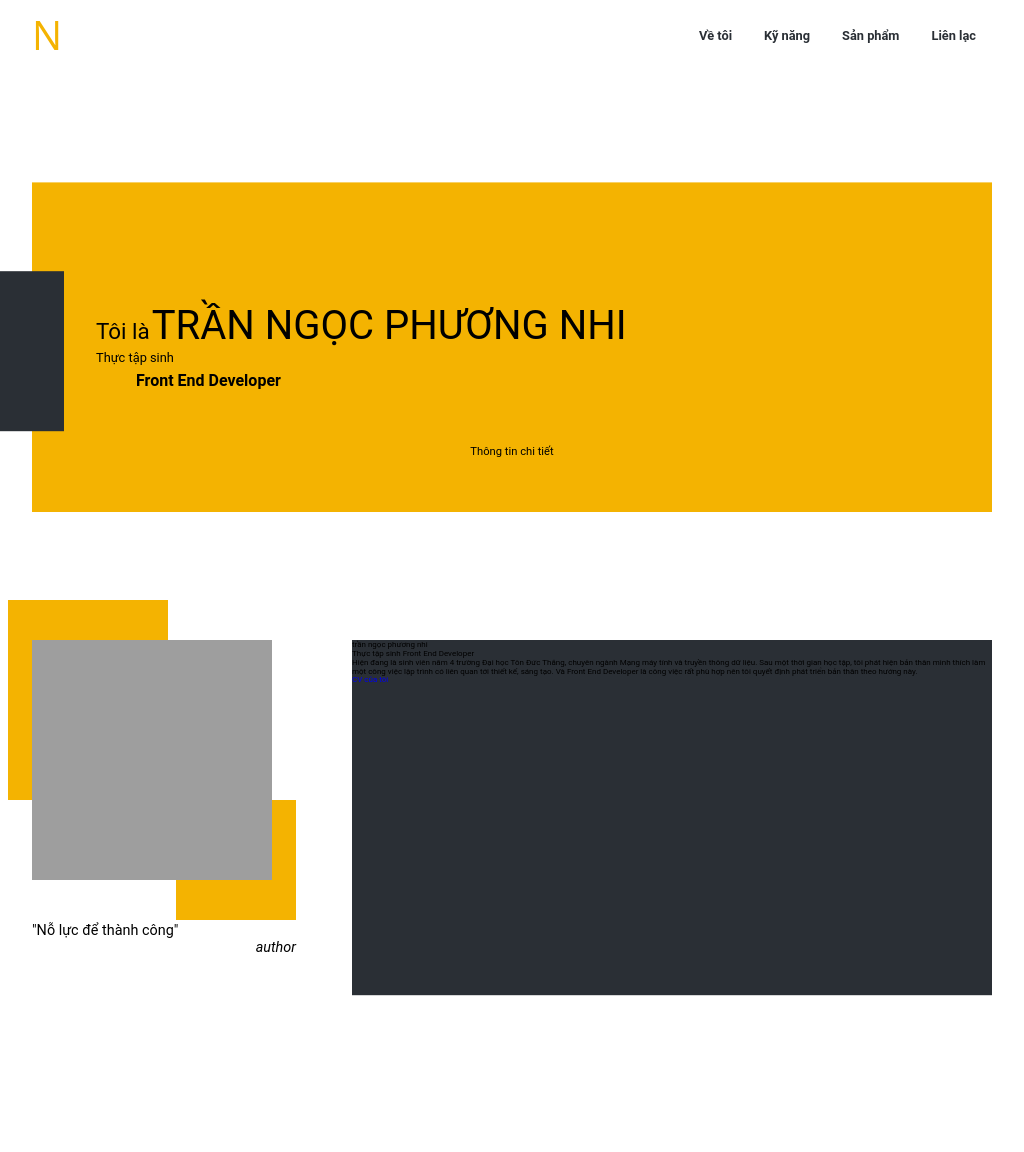
Repository: TranNgocPhuongNhi/my-portfolio
Page: index.html
These files come from the project's save history. The page is drawn as it stood at one moment and after the next save; the edit follows.
The browser window is 1280 px wide. The pictures show the whole page, at 80% of full size.
Pictures or frames that could not be fetched are drawn as grey boxes. Some icons come from a web library that is not loaded, so they are not drawn. Some web libraries are served in a nearby version.

Above is the page before, as saved 2021-07-04 16:13:58.

After the next save:
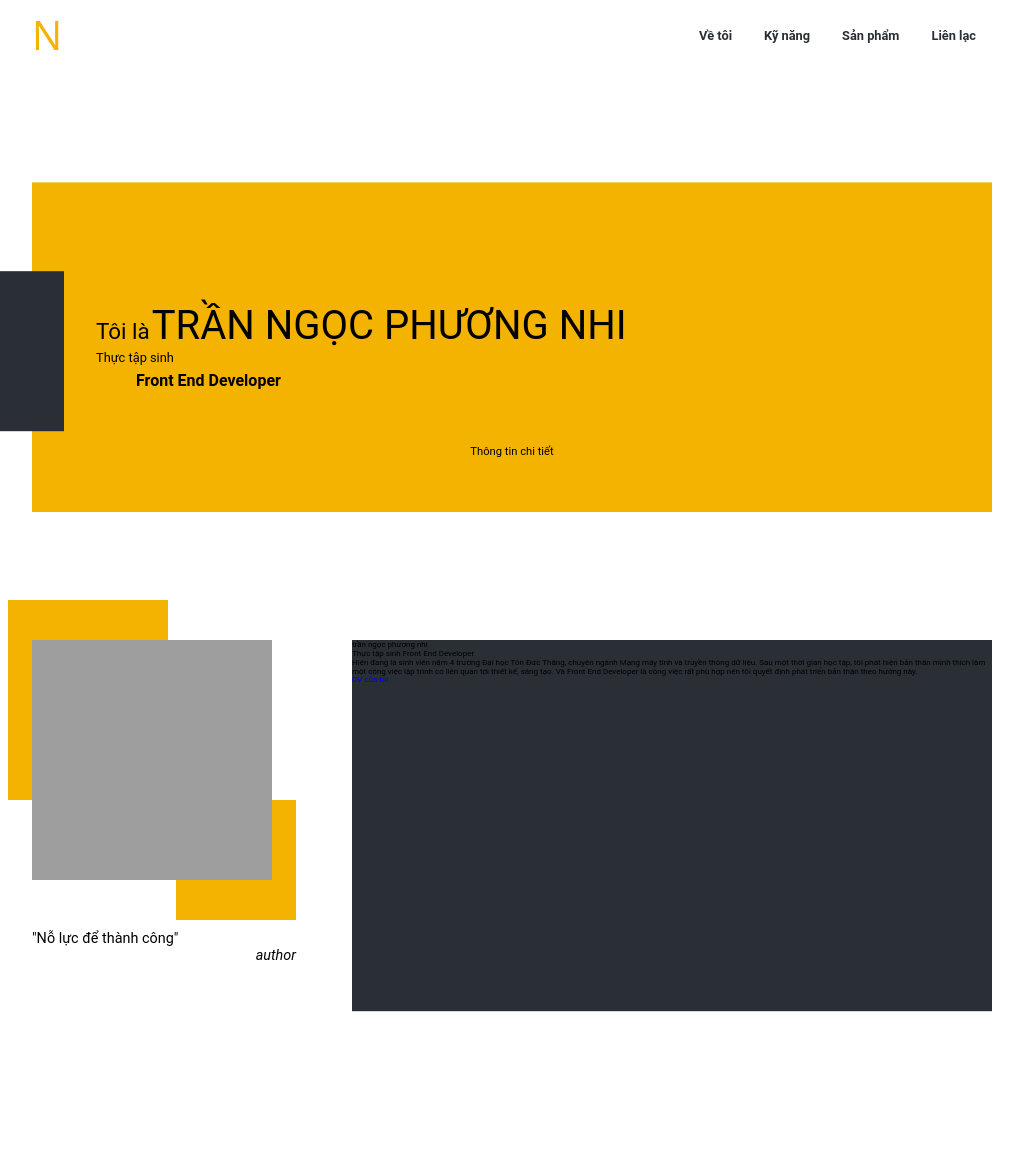
Saved 8 s later.
--- a/resources/css/main.css
+++ b/resources/css/main.css
@@ -198,7 +198,7 @@ a {
 
 .about__quote {
     font-size: 1.8rem;
-    margin: 5rem auto;
+    margin: 6rem auto;
 }
 
 .about__quote p:last-child {
